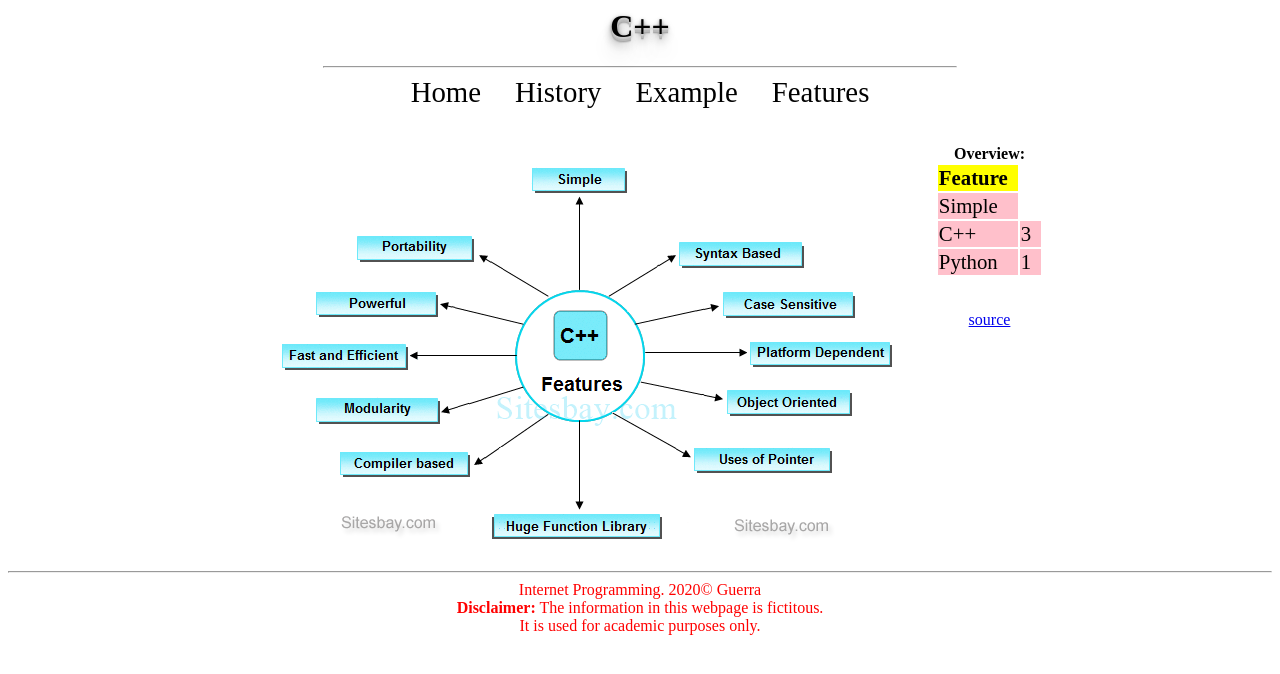
Repository: EricG831/a1
Page: a1/Features.html
The author's editor kept a record of every edit. The page is drawn from the files as they stood at one moment, then again after the next edit.
The browser window is 1280 px wide. The pictures show the whole page.
Some web fonts or font styles are not loaded; a fallback is used.

Above is the page before.

### a1/Features.html
<html>
    <head>
        <meta char=”utf-8” />
        <title>C++</title>
        <link href="https://fonts.googleapis.com/css?family=Pacific" rel="stylesheet">
        <style>
            @import url("css/styles.css");
        </style>
    </head>
    <body>


        <header>
            <h1>C++</h1>
        </header>

        <nav>
            <hr width="50%" />
            <a href="index.html"> Home</a>
            <a href="History.html"> History</a>
            <a href="Example.html"> Example</a>
            <a href="Features.html"> Features</a>
        </nav>

        <br /><br />

        <main >
            <figure id="ex" >
                <img src="img/feat.png" alt="Picture Of Features" />
            </figure>

            <div id:"FeaturesText">
                <strong>Overview:</strong> <br />

                <table>
                <tr id="table-header">
                    <td><strong>Feature</strong></td>
                </tr>
                <tr class="table-row">
                    <td>Simple</td>
                </tr>
                <tr class="table-row">
                    <td>C++</td>
                    <td>3</td>
                </tr>
                <tr class="table-row">
                    <td>Python</td>
                    <td>1</td>
                </tr>
            </table>

                <p></p>
                <br />
                <a href="https://www.javatpoint.com/cpp-features"> source</a>

                <br />

            </div>
        </main>

        <footer>
            <hr>
            Internet Programming. 2020&copy; Guerra <br/>
            <strong>Disclaimer:</strong> The information in this webpage is fictitous. <br />
            It is used for academic purposes only. <br />
        </footer>

    </body>

</html>

### a1/css/styles.css
header{
    text-shadow: 0 1px 0 #ccc,
               0 2px 0 #c9c9c9,
               0 3px 0 #bbb,
               0 4px 0 #b9b9b9,
               0 5px 0 #aaa,
               0 6px 1px rgba(0,0,0,.1),
               0 0 5px rgba(0,0,0,.1),
               0 1px 3px rgba(0,0,0,.3),
               0 3px 5px rgba(0,0,0,.2),
               0 5px 10px rgba(0,0,0,.25),
               0 10px 10px rgba(0,0,0,.2),
               0 20px 20px rgba(0,0,0,.15);
}

body {
    background-color: white;
    color:black;
    text-align: center

}

main,  nav, footer{
    text-align: center;
}

main {
    display: flex;
    justify-content: center;
}

nav a{   /* links within *nav* container */
    padding: 15px;
    padding-bottom: 4px;
    font-size: 1.8em;
    text-decoration: none; /* removes underline */
    color: black; /* by default, links are blue */
}

#welcomeText{
    text-align: left;
    float: left;
}

footer{
    clear: left;
    font-size: 1.0em;
    color: red;
}

#ExampleText{
    text-align: left;
    float: left;
    text-align-last: auto;
    color: blue;
}

#FeaturesText{
    float: left;
    color: red;
}

nav a:hover{
    border-bottom:2px red solid;
    font-size: 2em;
    transition: .9s;
}

table {
    margin: 0px auto;
}

td {
    padding-right: 10px;
    font-size: 1.3em;
}

td strong {
    color: black;
}

#table-header {
    background-color: yellow;
}

.table-row {
    background-color: pink;
}

ul {
    width:500px;
    margin: 0 auto;
    text-align: left;
}

#historyText{
    text-align-last: left;
    color: red;
}

After the next edit:
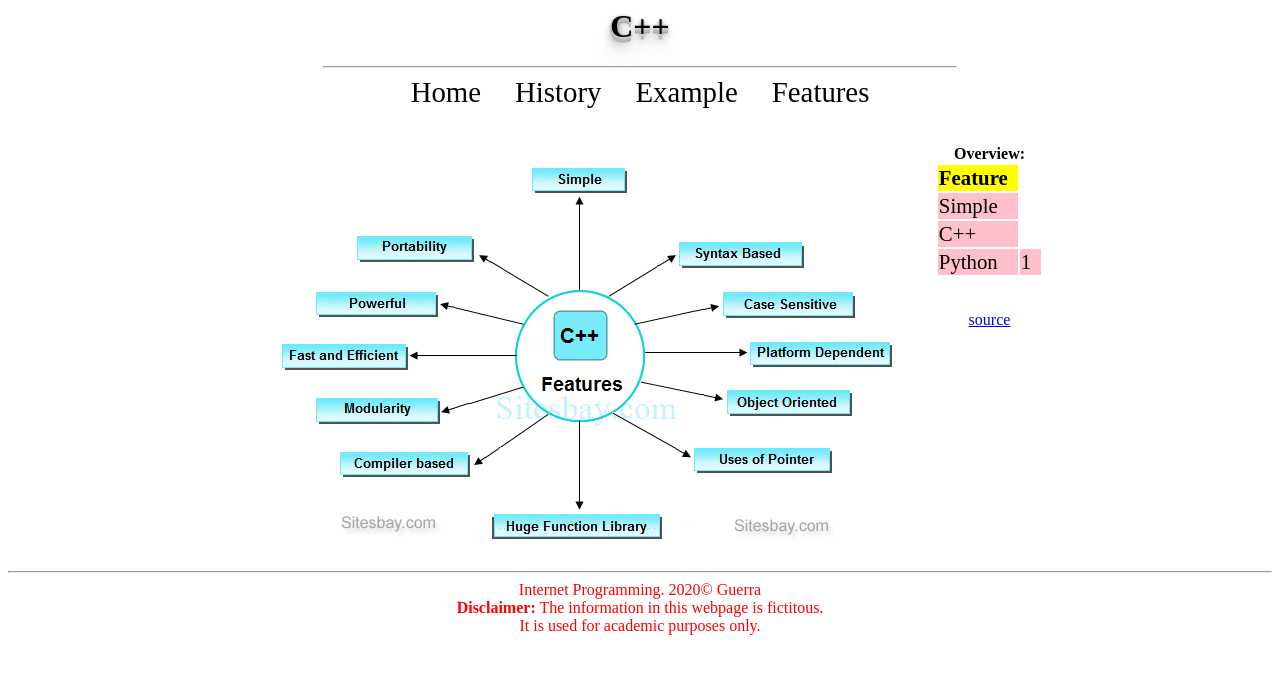
The edit:
--- a/a1/Features.html
+++ b/a1/Features.html
@@ -41,7 +41,6 @@
                 </tr>
                 <tr class="table-row">
                     <td>C++</td>
-                    <td>3</td>
                 </tr>
                 <tr class="table-row">
                     <td>Python</td>
